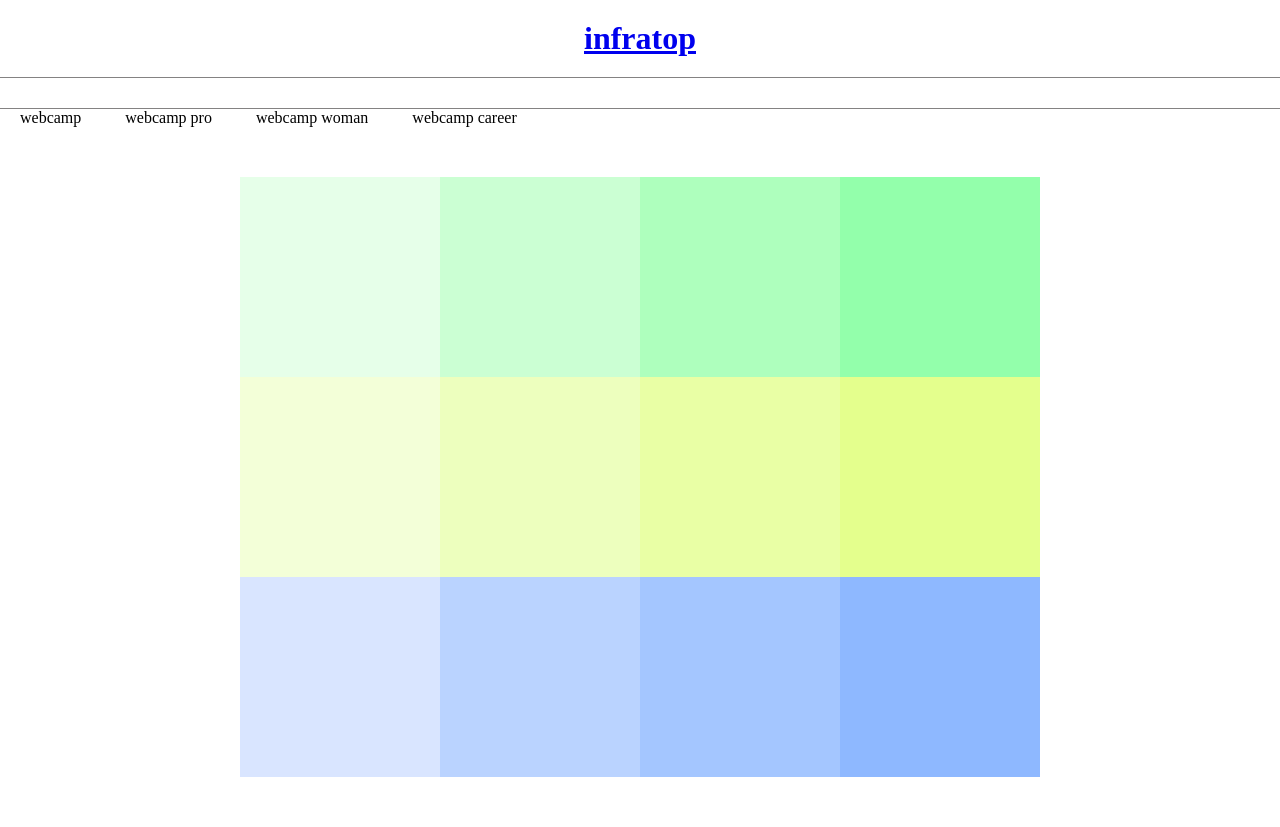
Repository: NANAKUNITA/chapter10
Page: chapter5/chapter5.html
The author's editor kept a record of every edit. The page is drawn from the files as they stood at one moment, then again after the next edit.
The browser window is 1280 px wide. The pictures show the whole page.

Above is the page before.

### chapter5/chapter5.html
<!DOCCTYPE html>
<html lang="ja">
  <head>
    <meta charset="UTF-8"/>
    <link rel="stylesheet" href="chapter5.css">
    <title>infratop</title>
  </head>

  <body>
    <header>
      <h1 class="header">
        <a href="chapter5.html">
          infratop
        </a>
      </h1>
    </header>

    <nav>
      <ul class="nav-list"></ul>
        <li class="nav-list-item">webcamp</li>
        <li class="nav-list-item">webcamp pro</li>
        <li class="nav-list-item">webcamp woman</li>
        <li class="nav-list-item">webcamp career</li>
    </nav>

    <div class="main">
   <div class="box1"></div>
   <div class="box2"></div>
   <div class="box3"></div>
   <div class="box4"></div>
   <div class="box5"></div>
   <div class="box6"></div>
   <div class="box7"></div>
   <div class="box8"></div>
   <div class="box9"></div>
   <div class="box10"></div>
   <div class="box11"></div>
   <div class="box12"></div>
   </div>
  </body>
</html>

### chapter5/chapter5.css
*{
  margin: 0;
  padding: 0;
  box-sizing: border-box;
}

header{
  width:100%;
  padding:20px 0;
  text-align:center;
}

.nav-list{
  text-align:center;
  padding:15px 0;
  margin:0 auto;
  border-bottom:1px solid #848282;
  border-top:1px solid #848282;
}

.nav-list-item{
  list-style:none;
  display:inline-block;
  margin:0 20px;
}

.main{
  width:800px;
 margin:50px auto;
 display: flex;
 flex-wrap: wrap;
}

.box1{
  width: 200px;
  height: 200px;
  background-color: #e6ffe9;
}

.box2{
  width: 200px;
  height: 200px;
  background-color: #cbffd3;
}

.box3{
  width: 200px;
  height: 200px;
  background-color: #aeffbd;
}

.box4{
  width: 200px;
  height: 200px;
  background-color: #93ffab;
}

.box5{
  width: 200px;
  height: 200px;
  background-color: #f3ffd8;
}

.box6{
  width: 200px;
  height: 200px;
  background-color: #edffbe;
}

.box7{
  width: 200px;
  height: 200px;
  background-color: #e9ffa5;
}

.box8{
  width: 200px;
  height: 200px;
  background-color: #e4ff8d;
}

.box9{
  width: 200px;
  height: 200px;
  background-color: #d9e5ff;
}

.box10{
  width: 200px;
  height: 200px;
  background-color: #bad3ff;
}

.box11{
  width: 200px;
  height: 200px;
  background-color: #a4c6ff;
}

.box12{
  width: 200px;
  height: 200px;
  background-color: #8eb8ff;
}

footer{
  width: 100%;
  height: 120px;
  text-align: center;
  line-height: 120px;
  background-color: #848282;
}

.footer-text{
  color: #fff;
}

After the next edit:
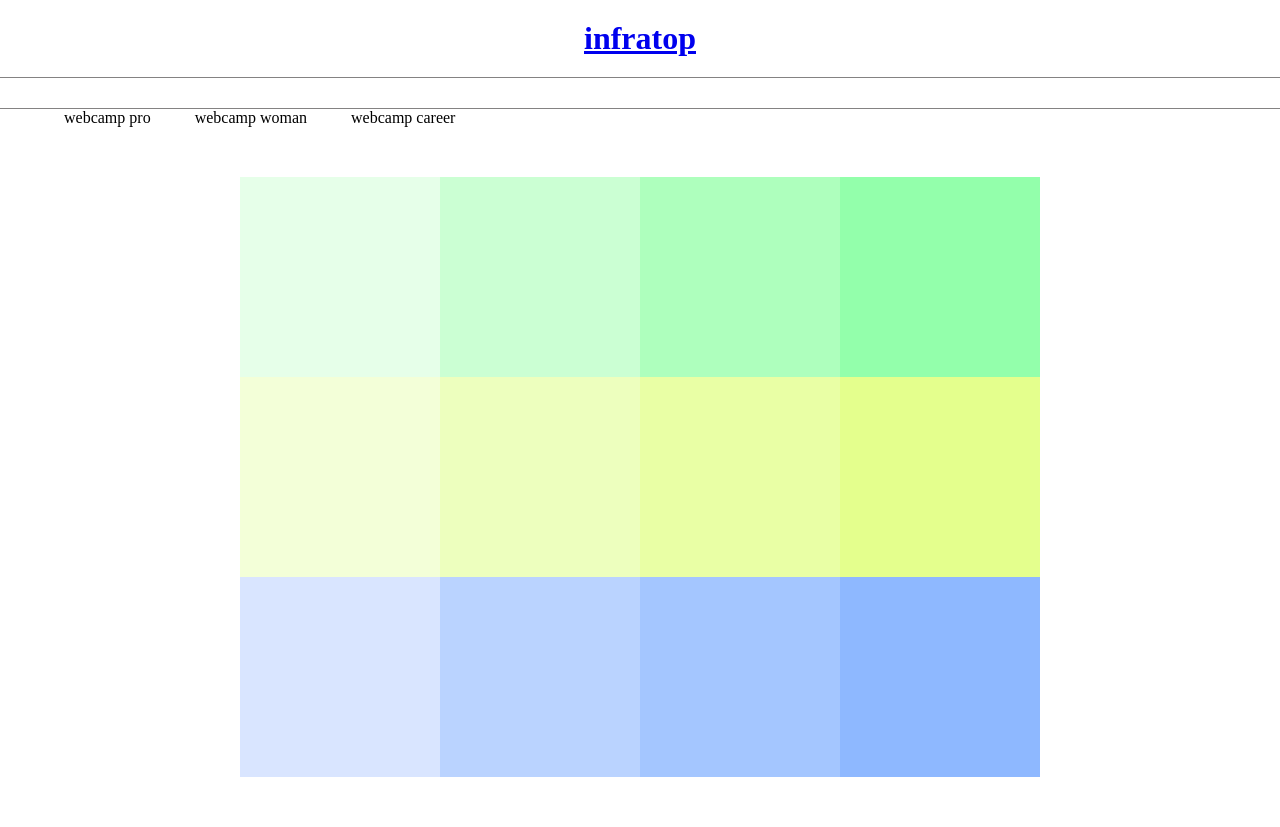
The edit:
--- a/chapter5/chapter5.html
+++ b/chapter5/chapter5.html
@@ -17,7 +17,9 @@
 
     <nav>
       <ul class="nav-list"></ul>
-        <li class="nav-list-item">webcamp</li>
+        <li class="nav-list-item">
+          <a href="chapter5.html"></a>
+        </li>
         <li class="nav-list-item">webcamp pro</li>
         <li class="nav-list-item">webcamp woman</li>
         <li class="nav-list-item">webcamp career</li>
